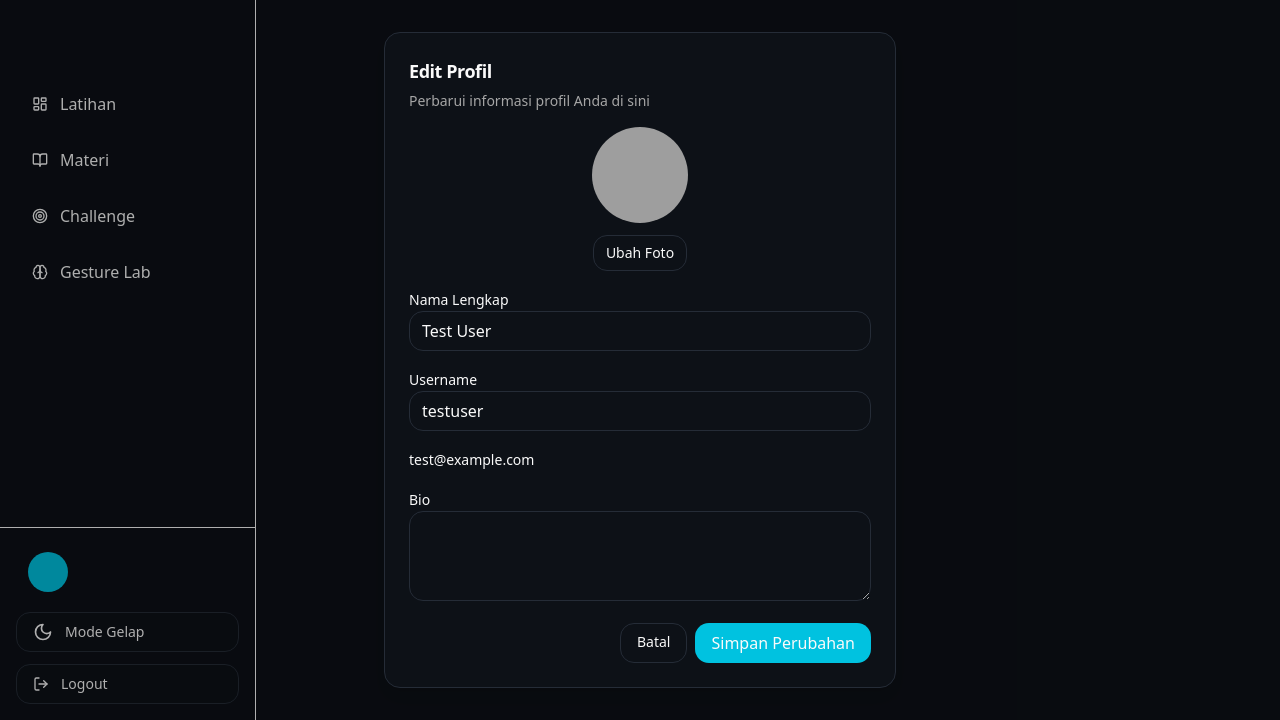
Repository: Tisna7/GESTURA
Page: http://localhost/profile/edit
An editor plug-in stored every save of this project. The page is shown before and after the next save, followed by the edit.
The browser window is 1280 px wide. The pictures show the whole page.
Pictures or frames that could not be fetched are drawn as grey boxes. The page is served by the project's Laravel application, run on PHP 8.4 with Laravel 12. A made-up administrator, Test User (test@example.com), is signed in. Other server files are loaded and not shown. Style sheets and scripts are compiled from the project's sources, by tool versions that may differ from the author's.

Above is the page before, as saved 2025-11-23 16:33:09.

### app/Providers/AppServiceProvider.php
<?php

namespace App\Providers;

use Illuminate\Support\ServiceProvider;

class AppServiceProvider extends ServiceProvider
{
    /**
     * Register any application services.
     */
    public function register(): void
    {

    }

    /**
     * Bootstrap any application services.
     */
    public function boot(): void
    {

    }
}

### routes/web.php
<?php

use Illuminate\Support\Facades\Route;
use App\Http\Controllers\AuthController;
use App\Http\Controllers\ProfileController;

Route::get('/', function () {
    return view('landingpage');
});

Route::get('/auth', [AuthController::class, 'showPage'])->name('auth.page');

// Route::post('/register', [AuthController::class, 'register'])->name('register');

// Route::post('/login', [AuthController::class, 'login'])->name('login');
// Route::post('/logout', [AuthController::class, 'logout'])->name('logout');


// REGISTER
Route::post('/register', [AuthController::class, 'register'])->name('auth.register');

// LOGIN
Route::post('/login', [AuthController::class, 'login'])->name('auth.login');

// LOGIN GUEST
Route::get('/login/guest', [AuthController::class, 'loginGuest'])->name('auth.guest');

// LOGOUT
Route::get('/logout', [AuthController::class, 'logout'])->name('auth.logout');


Route::get('/profile/edit', [ProfileController::class, 'edit'])->name('profile.edit');
Route::put('/profile/update', [ProfileController::class, 'update'])->name('profile.update');


Route::get('/profile', function () {
    return view('user.profile');
});
Route::get('/materi', function () {
    return view('user.materi');
});
Route::get('/gesturelab', function () {
    return view('user.gesture-lab-practice');
});
Route::get('/gesture-lab-translate', function () {
    return view('user.gesture-lab-translate');
});
Route::get('/materi-isi', function () {
    return view('user.materi-isi');
});
Route::get('/latihan', function () {
    return view('user.quiz');
});
Route::get('/Challenge', function () {
    return view('user.challenge');
});
Route::get('/Challenge-isi', function () {
    return view('user.challenge-isi');
});

### app/Http/Controllers/ProfileController.php
<?php

namespace App\Http\Controllers;

use Illuminate\Http\Request;
use Illuminate\Support\Facades\Auth;

class ProfileController extends Controller
{
    public function edit()
    {
        $user = Auth::user();
        return view('user.profile-edit', compact('user'));
    }

    public function update(Request $request)
    {
        $request->validate([
            'name'     => 'required|string|max:255',
            'username' => 'required|string|max:255|unique:users,username,' . Auth::id(),
            'bio'      => 'nullable|string|max:255',
        ]);

        $user = Auth::user();

        $user->update([
    'name' => $request->name,
    'username' => $request->username,
    'email' => $request->email,
    'bio' => $request->bio,
    'profile_image' => $request->profile_image, // SIMPAN SEED
]);


    return redirect('/profile')->with('success', 'Profil berhasil diperbarui!');
    }
}

### resources/views/user/profile-edit.blade.php
@extends('app')
@section('title', 'Edit Profil')

@section('content')

    {{-- Sidebar --}}
    <x-sidebar-user></x-sidebar-user>

    {{-- Konten Halaman --}}
    <div class="ml-[16rem] p-6">
        {{-- (optional) Isi konten lain di sini --}}
    </div>

    {{-- ======================== MODAL ======================== --}}
    <div class="fixed inset-0 z-50 flex items-center justify-center bg-black/30">

        <div class="w-full max-w-lg bg-background border p-6 shadow-lg rounded-lg animate-in fade-in zoom-in">

            {{-- Header --}}
            <div class="flex flex-col space-y-1.5 text-center sm:text-left">
                <h2 class="text-lg font-semibold">Edit Profil</h2>
                <p class="text-sm text-muted-foreground">Perbarui informasi profil Anda di sini</p>
            </div>

            {{-- Form --}}
            <form action="{{ route('profile.update') }}" method="POST" class="mt-4">
                @csrf

                {{-- FOTO --}}
                <div class="flex flex-col items-center gap-3 mb-4">
                    <span class="relative flex overflow-hidden rounded-full h-24 w-24 border-4 border-primary/20">
                        <img class="h-full w-full object-cover"
                            src="https://api.dicebear.com/7.x/avataaars/svg?seed={{ $user->username ?? 'user' }}">
                    </span>

                    <button type="button"
                        class="inline-flex items-center gap-2 border rounded-md h-9 px-3 text-sm hover:bg-accent hover:text-accent-foreground">
                        Ubah Foto
                    </button>
                </div>

                {{-- INPUT --}}
                <div class="space-y-4">

                    <div>
                        <label class="text-sm font-medium">Nama Lengkap</label>
                        <input type="text" name="name" value="{{ old('name', $user->name) }}"
                            class="w-full h-10 rounded-md border px-3 py-2">
                    </div>

                    <div>
                        <label class="text-sm font-medium">Username</label>
                        <input type="text" name="username" value="{{ old('username', $user->username) }}"
                            class="w-full h-10 rounded-md border px-3 py-2">
                    </div>

                    <div>
                        <label class="text-sm font-medium">{{ old('email', $user->email) }}</label>

                    </div>

                    <div>
                        <label class="text-sm font-medium">Bio</label>
                        <textarea name="bio" rows="3" class="w-full rounded-md border px-3 py-2">{{ old('bio', $user->bio) }}</textarea>
                    </div>

                </div>

                {{-- BUTTONS --}}
                <form action="{{ route('profile.update') }}" method="POST">
    @csrf
    @method('PUT')


    {{-- Tombol --}}
    <div class="flex justify-end gap-2 pt-4">
        <a href="/profile" class="border rounded-md px-4 py-2 text-sm hover:bg-accent">
            Batal
        </a>

        <button type="submit" class="bg-primary text-white rounded-md px-4 py-2 hover:bg-primary/90">
            Simpan Perubahan
        </button>
    </div>

</form>



            </form>

        </div>
    </div>

@endsection

### resources/views/components/sidebar-user.blade.php
@php
    use Illuminate\Support\Facades\Auth;
@endphp



<aside
    class="fixed top-0 left-0 h-full bg-sidebar border-r border-sidebar-border shadow-medium z-40 transition-transform duration-300 -translate-x-full lg:translate-x-0 w-64">
    <div class="flex flex-col h-full">

        {{-- LOGO --}}
        <div class="hidden lg:flex items-center gap-2 p-6 border-b border-sidebar-border">
            <div class="w-10 h-10 rounded-full bg-gradient-hero flex items-center justify-center shadow-soft">
                <img src="{{ asset('images/logo.png') }}" alt="MindCare Logo" class="w-8 h-8">
            </div>
            <div>
                <span class="text-xl font-bold bg-gradient-to-r from-primary to-accent bg-clip-text text-transparent block">
                    MindCare
                </span>
            </div>
        </div>

        {{-- MENU --}}
        <nav class="flex-1 p-4 space-y-2 overflow-y-auto mt-16 lg:mt-0">

            {{-- Latihan --}}
            <a class="{{ request()->is('latihan') ? 'bg-sidebar-accent text-sidebar-accent-foreground font-medium shadow-soft'
                : 'text-sidebar-foreground hover:bg-sidebar-accent/50' }}
                flex items-center gap-3 px-4 py-3 rounded-xl transition-smooth"
                href="/latihan">

                <svg xmlns="http://www.w3.org/2000/svg" viewBox="0 0 24 24"
                    fill="none" stroke="currentColor" stroke-width="2"
                    stroke-linecap="round" stroke-linejoin="round"
                    class="lucide lucide-layout-dashboard w-4 h-4">
                    <rect width="7" height="9" x="3" y="3" rx="1"></rect>
                    <rect width="7" height="5" x="14" y="3" rx="1"></rect>
                    <rect width="7" height="9" x="14" y="12" rx="1"></rect>
                    <rect width="7" height="5" x="3" y="16" rx="1"></rect>
                </svg>

                <span>Latihan</span>
            </a>

            {{-- Materi --}}
            <a class="{{ request()->is('materi') ? 'bg-sidebar-accent text-sidebar-accent-foreground font-medium shadow-soft'
                : 'text-sidebar-foreground hover:bg-sidebar-accent/50' }}
                flex items-center gap-3 px-4 py-3 rounded-xl transition-smooth"
                href="/materi">

                <svg xmlns="http://www.w3.org/2000/svg" viewBox="0 0 24 24"
                    fill="none" stroke="currentColor" stroke-width="2"
                    stroke-linecap="round" stroke-linejoin="round"
                    class="lucide lucide-book-open w-4 h-4">
                    <path d="M12 7v14"></path>
                    <path
                        d="M3 18a1 1 0 0 1-1-1V4a1 1 0 0 1 1-1h5a4 4 0 0 1 4 4 4 4 0 0 1 4-4h5a1 1 0 0 1 1 1v13a1 1 0 0 1-1 1h-6a3 3 0 0 0-3 3 3 3 0 0 0-3-3z">
                    </path>
                </svg>

                <span>Materi</span>
            </a>

            {{-- Challenge --}}
            <a class="{{ request()->is('Challenge') ? 'bg-sidebar-accent text-sidebar-accent-foreground font-medium shadow-soft'
                : 'text-sidebar-foreground hover:bg-sidebar-accent/50' }}
                flex items-center gap-3 px-4 py-3 rounded-xl transition-smooth"
                href="/Challenge">

                <svg xmlns="http://www.w3.org/2000/svg" viewBox="0 0 24 24"
                    fill="none" stroke="currentColor" stroke-width="2"
                    stroke-linecap="round" stroke-linejoin="round"
                    class="lucide lucide-target w-4 h-4">
                    <circle cx="12" cy="12" r="10"></circle>
                    <circle cx="12" cy="12" r="6"></circle>
                    <circle cx="12" cy="12" r="2"></circle>
                </svg>

                <span>Challenge</span>
            </a>

            {{-- Gesture Lab --}}
            <a class="{{ request()->is('gesturelab') ? 'bg-sidebar-accent text-sidebar-accent-foreground font-medium shadow-soft'
                : 'text-sidebar-foreground hover:bg-sidebar-accent/50' }}
                flex items-center gap-3 px-4 py-3 rounded-xl transition-smooth"
                href="/gesturelab">

                <svg xmlns="http://www.w3.org/2000/svg" viewBox="0 0 24 24"
                    fill="none" stroke="currentColor" stroke-width="2"
                    stroke-linecap="round" stroke-linejoin="round"
                    class="lucide lucide-brain w-4 h-4">

                    <path d="M12 5a3 3 0 1 0-5.997.125 4 4 0 0 0-2.526 5.77 4 4 0 0 0 .556 6.588A4 4 0 1 0 12 18Z"></path>
                    <path d="M12 5a3 3 0 1 1 5.997.125 4 4 0 0 1 2.526 5.77 4 4 0 0 1-.556 6.588A4 4 0 1 1 12 18Z"></path>
                    <path d="M15 13a4.5 4.5 0 0 1-3-4 4.5 4.5 0 0 1-3 4"></path>

                </svg>

                <span>Gesture Lab</span>
            </a>
        </nav>

        {{-- BOTTOM SECTION --}}
        <div class="p-4 border-t border-sidebar-border space-y-3">

            {{-- User Button --}}
            <button
                class="w-full flex items-center gap-3 px-3 py-2 rounded-xl hover:bg-sidebar-accent transition-smooth"
                type="button">
                <span class="relative flex items-center justify-center shrink-0 overflow-hidden rounded-full w-10 h-10 bg-primary"></span>
                <div class="flex-1 text-left">
                    <p class="text-sm font-medium text-sidebar-foreground"></p>
                    <p class="text-xs text-muted-foreground"></p>
                </div>
            </button>

            {{-- Mode Gelap --}}
            <button
                class="inline-flex items-center whitespace-nowrap rounded-md text-sm font-medium border border-input bg-background hover:bg-accent hover:text-accent-foreground h-10 px-4 py-2 w-full justify-start gap-3 hover:bg-accent transition-smooth">
                <svg xmlns="http://www.w3.org/2000/svg" viewBox="0 0 24 24"
                    fill="none" stroke="currentColor" stroke-width="2"
                    stroke-linecap="round" stroke-linejoin="round"
                    class="lucide lucide-moon w-4 h-4">
                    <path d="M12 3a6 6 0 0 0 9 9 9 9 0 1 1-9-9Z"></path>
                </svg>
                <span>Mode Gelap</span>
            </button>

            {{-- Logout --}}
            <form action="" method="POST">
                @csrf
                <button type="submit"
                    class="inline-flex items-center whitespace-nowrap rounded-md text-sm font-medium border border-input bg-background hover:bg-accent hover:text-accent-foreground h-10 px-4 py-2 w-full justify-start gap-3">

                    <svg xmlns="http://www.w3.org/2000/svg" viewBox="0 0 24 24"
                        fill="none" stroke="currentColor" stroke-width="2"
                        stroke-linecap="round" stroke-linejoin="round"
                        class="lucide lucide-log-out w-4 h-4">
                        <path d="M9 21H5a2 2 0 0 1-2-2V5a2 2 0 0 1 2-2h4"></path>
                        <polyline points="16 17 21 12 16 7"></polyline>
                        <line x1="21" x2="9" y1="12" y2="12"></line>
                    </svg>

                    <span>Logout</span>
                </button>
            </form>

        </div>
    </div>
</aside>




<script>
    const html = document.documentElement;
    const toggleDark = document.querySelector('.hover\\:bg-accent'); // tombol "Mode Gelap"
    const icon = toggleDark.querySelector('svg');
    const label = toggleDark.querySelector('span');

    // Cek tema yang tersimpan
    const storedTheme = localStorage.getItem("theme");
    const systemPrefersDark = window.matchMedia("(prefers-color-scheme: dark)").matches;

    // Fungsi ubah tema
    function setTheme(dark) {
        if (dark) {
            html.classList.add("dark");
            localStorage.setItem("theme", "dark");
            label.textContent = "Mode Terang";
            icon.outerHTML = `
        <svg xmlns="http://www.w3.org/2000/svg" width="24" height="24"
          viewBox="0 0 24 24" fill="none" stroke="currentColor"
          stroke-width="2" stroke-linecap="round" stroke-linejoin="round"
          class="lucide lucide-sun w-5 h-5">
          <circle cx="12" cy="12" r="4"></circle>
          <path d="M12 2v2"></path>
          <path d="M12 20v2"></path>
          <path d="m4.93 4.93 1.41 1.41"></path>
          <path d="m17.66 17.66 1.41 1.41"></path>
          <path d="M2 12h2"></path>
          <path d="M20 12h2"></path>
          <path d="m6.34 17.66-1.41 1.41"></path>
          <path d="m19.07 4.93-1.41 1.41"></path>
        </svg>`;
        } else {
            html.classList.remove("dark");
            localStorage.setItem("theme", "light");
            label.textContent = "Mode Gelap";
            icon.outerHTML = `
        <svg xmlns="http://www.w3.org/2000/svg" width="24" height="24"
          viewBox="0 0 24 24" fill="none" stroke="currentColor"
          stroke-width="2" stroke-linecap="round" stroke-linejoin="round"
          class="lucide lucide-moon w-5 h-5">
          <path d="M12 3a6 6 0 0 0 9 9 9 9 0 1 1-9-9Z"></path>
        </svg>`;
        }
    }

    // Terapkan tema saat load pertama
    setTheme(storedTheme === "dark" || (!storedTheme && systemPrefersDark));

    // Tambahkan event listener untuk toggle
    toggleDark.addEventListener("click", () => {
        setTheme(!html.classList.contains("dark"));
    });
</script>

### resources/views/app.blade.php
<!DOCTYPE html>
<html lang="id">
<head>
  <meta charset="UTF-8">
  <meta name="viewport" content="width=device-width, initial-scale=1.0">
  <meta name="csrf-token" content="{{ csrf_token() }}">
  <link rel="icon" type="image/png" href="{{ asset('images/logo.png') }}">
  <title>@yield('title', 'GESTURA')</title>

  <!-- Tailwind CSS -->
  {{-- @vite('public/build/app-Lz3KVd0D.css') --}}
  {{-- <!-- @vite('resources/css/app.css') --> --}}
   {{-- <!-- @vite('public/build/assets/app-TBPMHXQo.css') --> --}}

  @vite(['resources/css/app.css', 'resources/css/theme.css'])

  <script defer src="https://cdn.jsdelivr.net/npm/alpinejs@3.x.x/dist/cdn.min.js"></script>

</head>
<body>
  @yield('content')
</body>
</html>

### resources/css/app.css
@import 'tailwindcss';
@import "./theme.css";

@source '../../vendor/laravel/framework/src/Illuminate/Pagination/resources/views/*.blade.php';
@source '../../storage/framework/views/*.php';
@source '../**/*.blade.php';
@source '../**/*.js';

@theme {
    --font-sans: 'Instrument Sans', ui-sans-serif, system-ui, sans-serif, 'Apple Color Emoji', 'Segoe UI Emoji',
        'Segoe UI Symbol', 'Noto Color Emoji';

    --color-background: #ffabcc;
}

Loaded but not shown: app/Models/User.php (common file); app/Http/Controllers/Controller.php (common file); resources/css/theme.css (library)

After the next save:
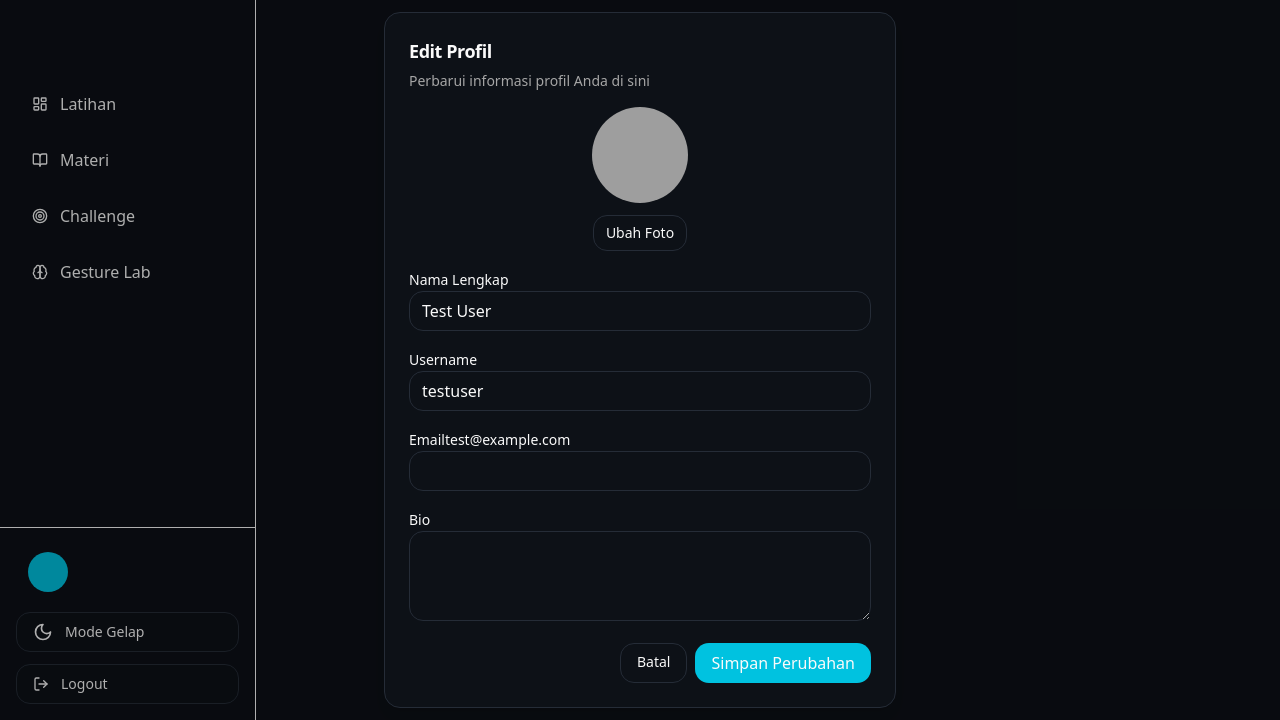
Saved 20 s later.
--- a/resources/views/user/profile-edit.blade.php
+++ b/resources/views/user/profile-edit.blade.php
@@ -55,8 +55,9 @@
                     </div>
 
                     <div>
-                        <label class="text-sm font-medium">{{ old('email', $user->email) }}</label>
-
+                        <label class="text-sm font-medium">Email{{ old('email', $user->email) }}</label>
+                        <input type="email" name="email" value=""
+                            class="w-full h-10 rounded-md border px-3 py-2">
                     </div>
 
                     <div>
